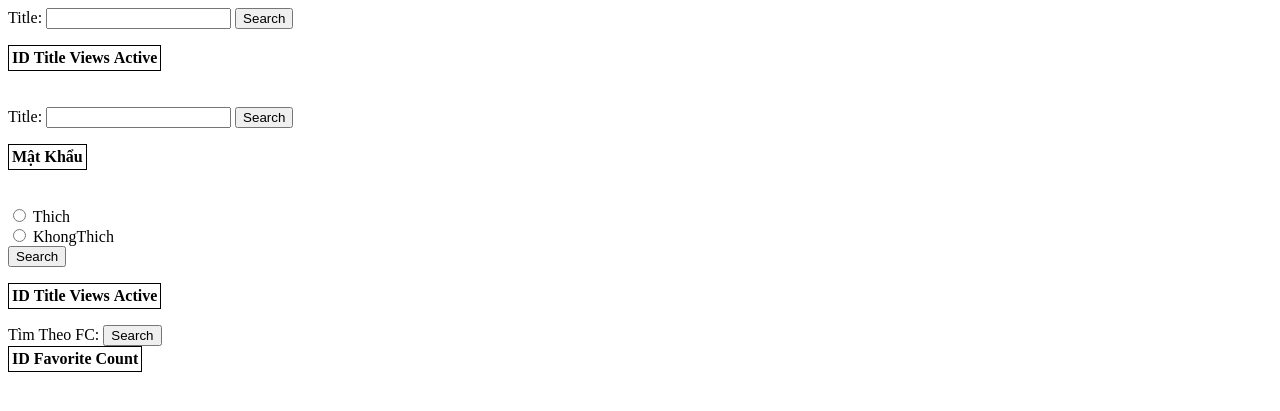
Repository: Hacorbie/Java-Servlet
Page: http://localhost/Lab6_Java4/views/NewFile.jsp
An editor plug-in stored every save of this project. The page is shown before and after the next save, followed by the edit.
The browser window is 1280 px wide. The pictures show the whole page.
The page is served by Tomcat 9. Other server files are loaded and not shown. The template is opened directly, without the code that normally fills it, so the values that code supplies are empty.

Above is the page before, as saved 2023-04-03 09:30:45.

### Lab6_Java4/src/main/webapp/views/NewFile.jsp
<%@ taglib uri="http://java.sun.com/jsp/jstl/core" prefix="c"%>
<%@ page language="java" contentType="text/html; charset=UTF-8"
	pageEncoding="UTF-8"%>
<html>
<meta charset="UTF-8">
<head>
<title>Search Videos</title>
</head>
<body>

	<form action="/Lab6_Java4/Lab6" method="POST">
		<label>Title:</label> <input type="text" name="searchvid">
		<button type="submit" formaction="SearchVid">Search</button>
	</form>
	<table style="border: 1px solid black">
		<thead>
			<tr>
				<th>ID</th>
				<th>Title</th>
				<th>Views</th>
				<th>Active</th>
			</tr>
		</thead>
		<tbody>
			<c:forEach items="${videos}" var="video">
				<tr>
					<td>${video.id}</td>
					<td>${video.title}</td>
					<td>${video.views}</td>
					<td>${video.active}</td>
				</tr>
			</c:forEach>
		</tbody>
	</table>
	<br>
	<br>
	<form action="/Lab6_Java4/Lab6" method="POST">
		<label>Title:</label> <input type="text" name="searchUserByVid">
		<button type="submit" formaction="SearchUser">Search</button>

	</form>
	<table style="border: 1px solid black">
			<thead>
				<tr>
					<th>Mật Khẩu</th>

				</tr>
			</thead>
			<tbody>
				<c:forEach items="${users}" var="user">
					<tr>
						<td>${user.password}</td>
						<%--                     <td>${video.title}</td> --%>
						<%--                     <td>${video.views}</td> --%>
						<%--                     <td>${video.active}</td> --%>
					</tr>
				</c:forEach>
			</tbody>
		</table>
		<br> <br>
	<form action="/Lab6_Java4/Lab6" method="POST">
		<input type="radio" name ="thichh" value = "yes" >
			<label> Thich</label><br>
			<input type="radio" name ="thichh" value = "no">
			<label> KhongThich</label><br>
				<button type="submit">Search</button>
	</form>
			<table style="border: 1px solid black">
			<thead>
				<tr>
					<th>ID</th>
					<th>Title</th>
					<th>Views</th>
					<th>Active</th>

				</tr>
			</thead>
			<tbody>
				<c:forEach items="${videobyfs}" var="videobyf">
					<tr>
						<td>${videobyf.id}</td>
					<td>${videobyf.title}</td>
					<td>${videobyf.views}</td>
					<td>${videobyf.active}</td>
					</tr>
				</c:forEach>
			</tbody>
		</table>
	<form action="/Lab6_Java4/Lab6" method="POST">
	</form>
	<label>Tìm Theo FC:</label>
		<button type="submit" formaction="SearchVidByCount">Search</button>
			<table style="border: 1px solid black">
			<thead>
				<tr>
					<th>ID</th>
					<th>Favorite Count</th>

				</tr>
			</thead>
			<tbody>
				<c:forEach items="${rps}" var="rp">
					<tr>
						<td>${rp.gropp}</td>
					<td>${rp.like}</td>
					</tr>
				</c:forEach>
			</tbody>
		</table>
</body>
</html>

After the next save:
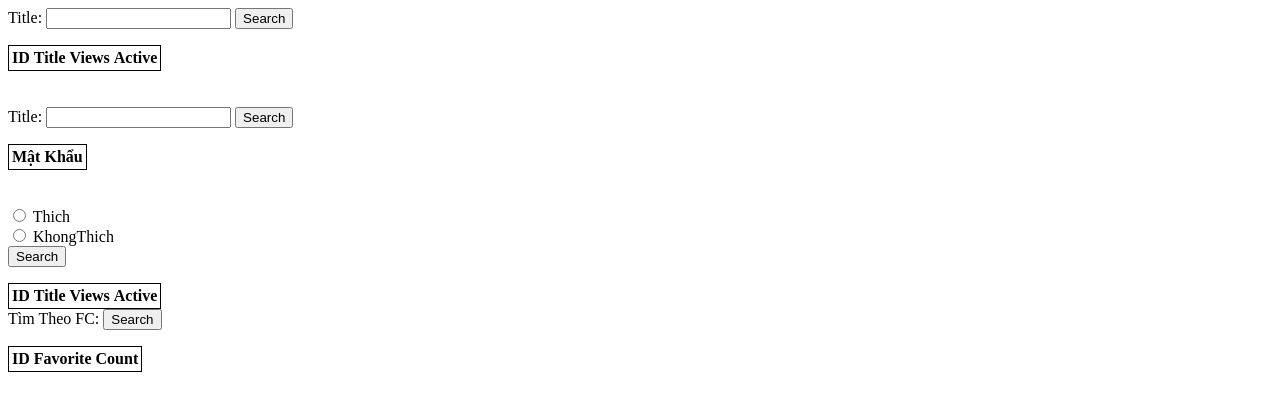
Saved 9 s later.
--- a/Lab6_Java4/src/main/webapp/views/NewFile.jsp
+++ b/Lab6_Java4/src/main/webapp/views/NewFile.jsp
@@ -87,9 +87,10 @@
 			</tbody>
 		</table>
 	<form action="/Lab6_Java4/Lab6" method="POST">
-	</form>
 	<label>Tìm Theo FC:</label>
 		<button type="submit" formaction="SearchVidByCount">Search</button>
+	</form>
+
 			<table style="border: 1px solid black">
 			<thead>
 				<tr>
